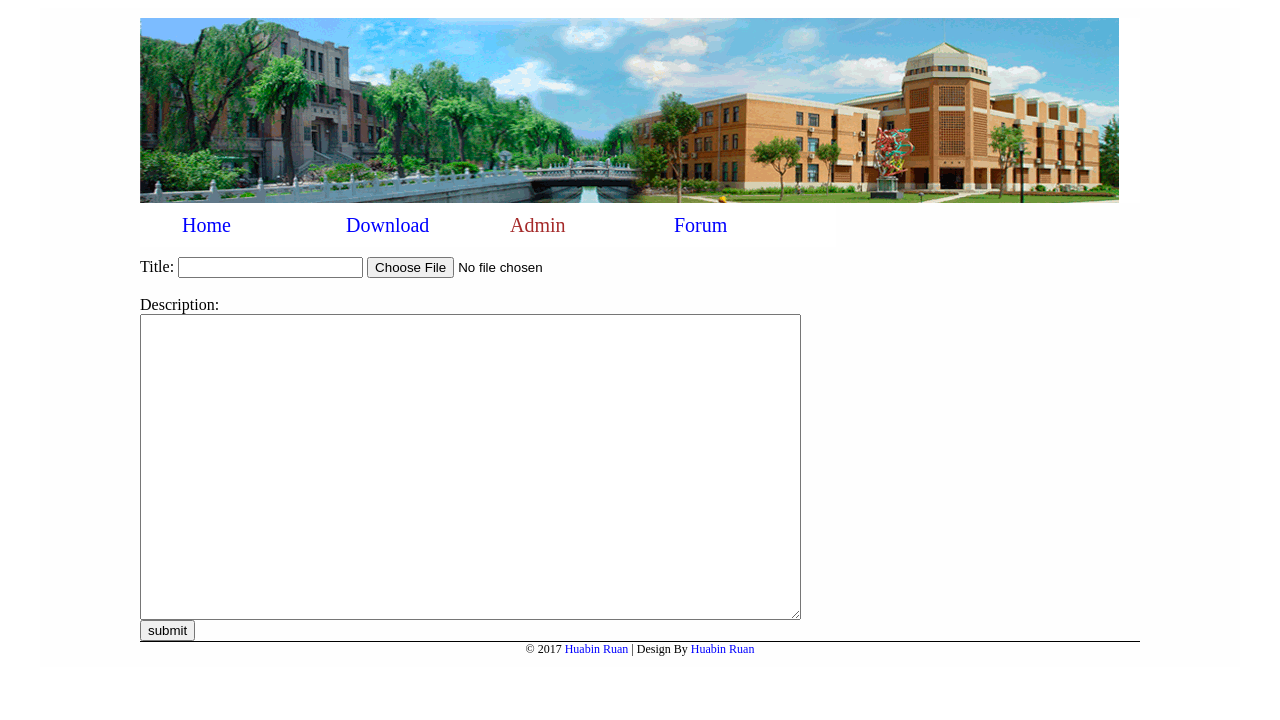
Repository: ruanhuabin/LifeSoftwareWebSite
Page: http://localhost/CryoEM/admin.jsp
These files come from the project's save history. The page is drawn as it stood at one moment and after the next save; the edit follows.
The browser window is 1280 px wide. The pictures show the whole page.
The page is served by Tomcat 9. Nobody is signed in. The application's start-up code is not run.

Above is the page before, as saved 2017-08-09 03:57:49.

After the next save:
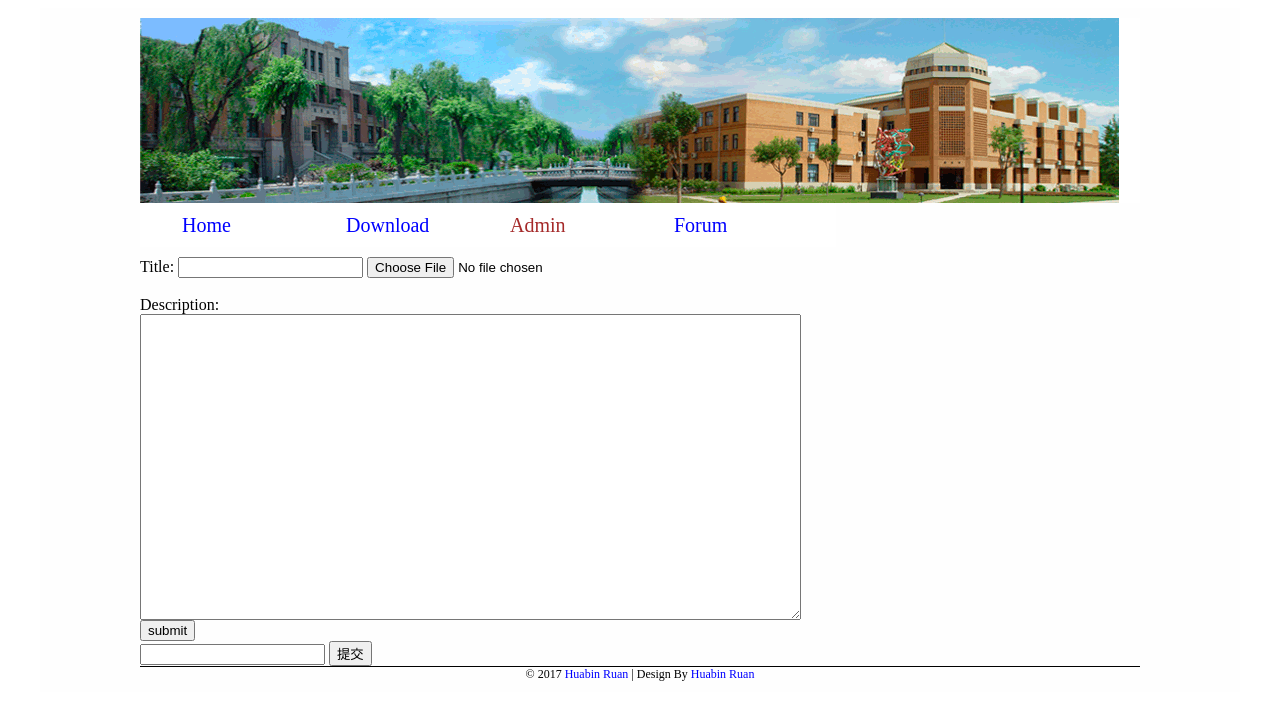
Saved 44 h 57 min later.
--- a/CryoEM/WebRoot/admin.jsp
+++ b/CryoEM/WebRoot/admin.jsp
@@ -108,6 +108,15 @@
 	</form>
 </div>
 
+<form action="" method="post" target="nm_iframe">
+      <input type="text" id="id_input_text" name="nm_input_text" />
+      <input type="submit" id="id_submit" name="nm_submit" value="提交" />
+  </form>
+
+  <iframe id="id_iframe" name="nm_iframe" style="display:none;"></iframe>
+
+  </body>
+
 
 
 

After the 3 saves that followed:
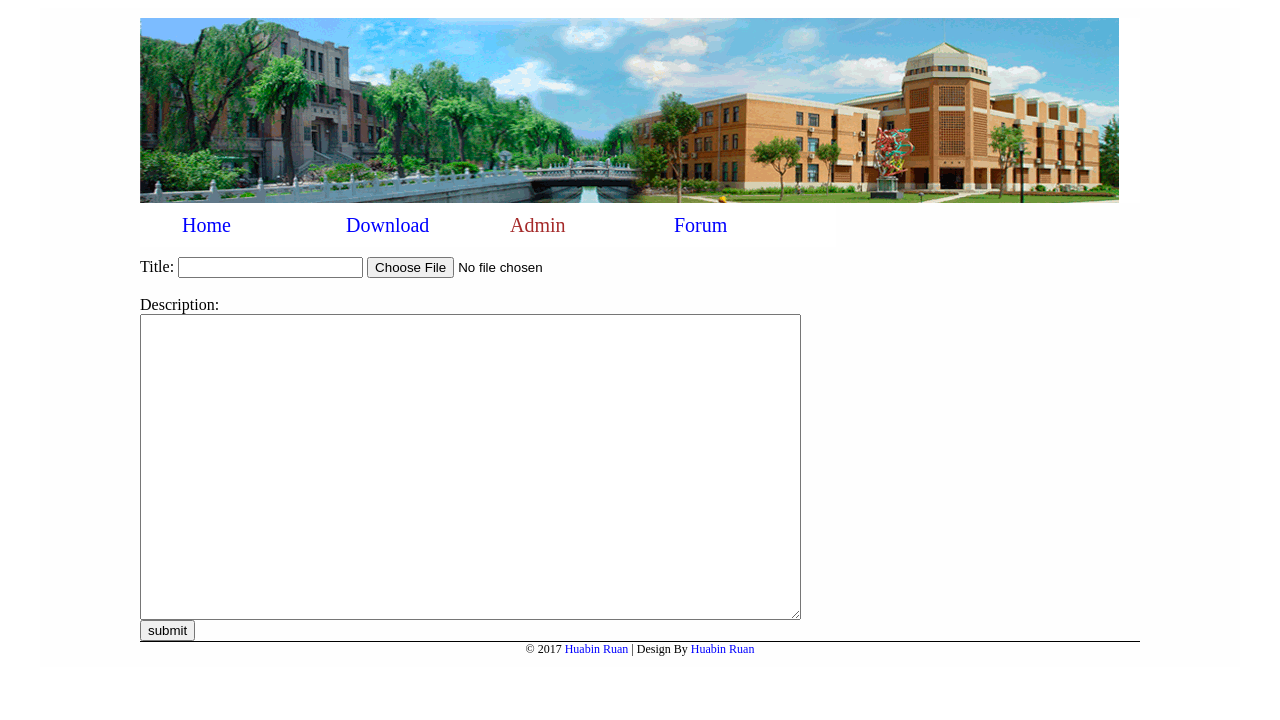
The 3 saves are shown as one change because 2 left the picture as it was.
The last was saved 8 min 1 s later.
--- a/CryoEM/WebRoot/admin.jsp
+++ b/CryoEM/WebRoot/admin.jsp
@@ -108,12 +108,7 @@
 	</form>
 </div>
 
-<form action="" method="post" target="nm_iframe">
-      <input type="text" id="id_input_text" name="nm_input_text" />
-      <input type="submit" id="id_submit" name="nm_submit" value="提交" />
-  </form>
 
-  <iframe id="id_iframe" name="nm_iframe" style="display:none;"></iframe>
 
   </body>
 
